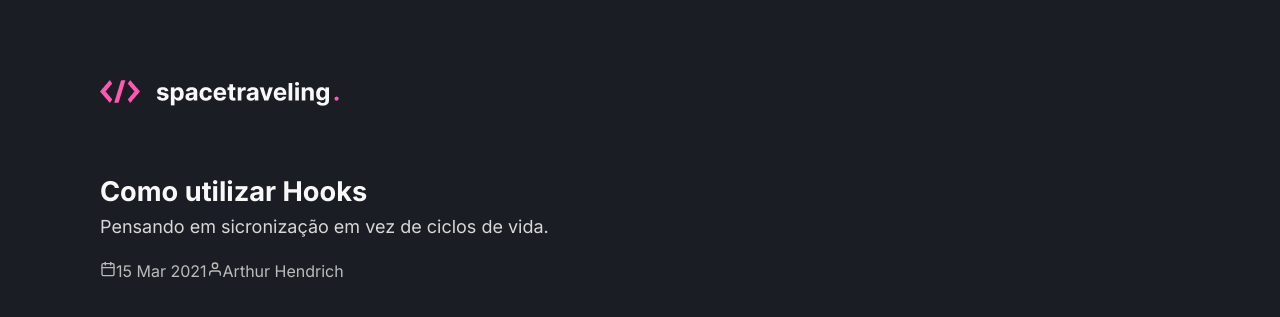
Repository: ArthurHendrich/Ignite-NextJS
Page: /
The author's editor kept a copy of each file at every save. The page is drawn from the files as they stood at one save, then again after the next save.
The browser window is 1280 px wide. The pictures show the whole page.
The project was rebuilt for these pictures with package versions that can differ from the ones it lists, and the page was loaded fresh each time. The framework's server and built-in components were replaced by stand-ins that run in the browser.

Above is the page before, as saved 2022-07-09 15:43:57.

After the next save:
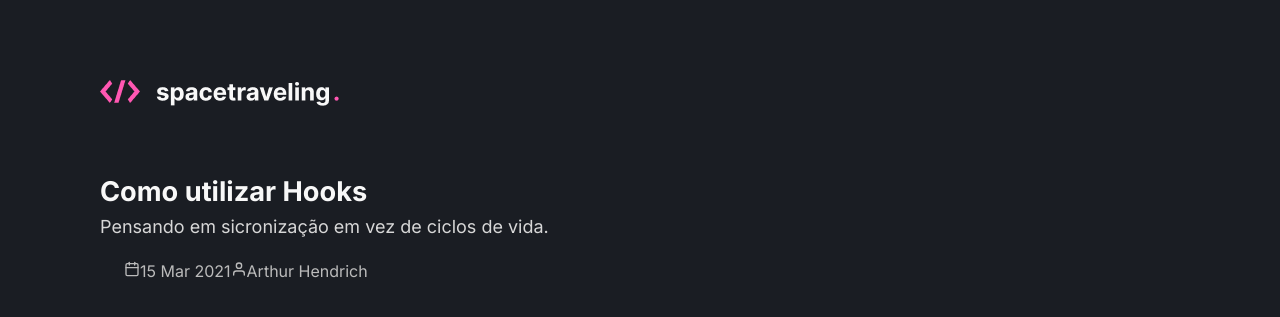
Saved 31 s later.
--- a/src/pages/home.module.scss
+++ b/src/pages/home.module.scss
@@ -19,7 +19,7 @@
     margin-top: 1.5rem;
 
     .Date {
-
+      margin-left: 1.5rem;
     }
   }
 }
